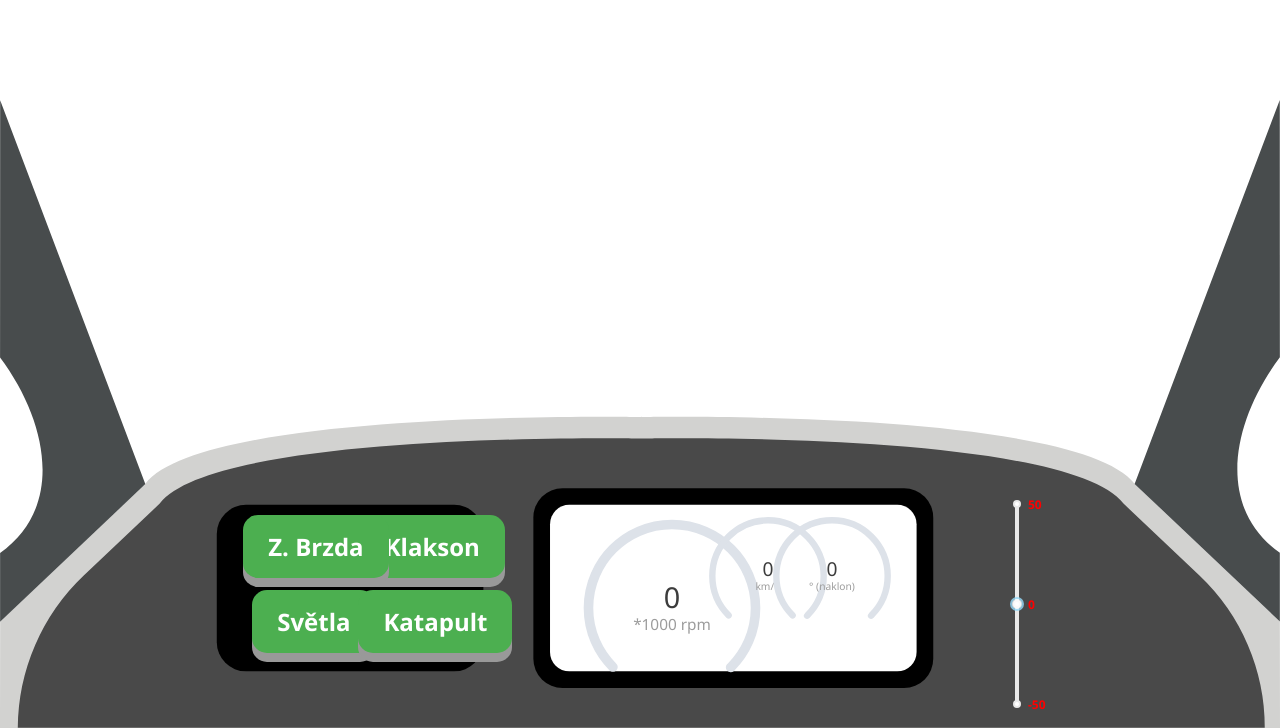
Repository: matyasvelc/train
Page: / (app in frontend/)
The author's editor kept a copy of each file at every save. The page is drawn from the files as they stood at one save, then again after the next save.
The browser window is 1280 px wide. The page is 1288 px wide, so the pictures cover 1288 px, including what lies to the right of the window. The pictures show the whole page.
The page's requests for data from a server got no answer. The project was rebuilt for these pictures with package versions that can differ from the ones it lists, and the page was loaded fresh each time. No one was signed in, and anything a server would have sent is missing.

Above is the page before, as saved 2022-04-04 18:19:32.

### frontend/src/index.js
import React, { useEffect } from 'react'
import ReactDOM from 'react-dom'
import Progress from './lib/progress'
import './styles.css'
import Slider, { Range } from 'rc-slider';
import 'rc-slider/assets/index.css';

async function postData(url = '', data = {}) {
  // Default options are marked with *
  const response = await fetch(url, {
    method: 'POST', // *GET, POST, PUT, DELETE, etc.
    cache: 'no-cache', // *default, no-cache, reload, force-cache, only-if-cached
    headers: {
      'Content-Type': 'application/json'
    },
    redirect: 'follow', // manual, *follow, error
    referrerPolicy: 'no-referrer', // no-referrer, *no-referrer-when-downgrade, origin, origin-when-cross-origin, same-origin, strict-origin, strict-origin-when-cross-origin, unsafe-url
    body: JSON.stringify(data) // body data type must match "Content-Type" header
  });
  return response.json(); // parses JSON response into native JavaScript objects
}

const style = { float: 'left', width: 160, height: 200, marginBottom: 160, marginLeft: 50 };
const parentStyle = { overflow: 'hidden' };

const marks = {
  '-50': {
    style: {
      color: 'red',
    },
    label: <strong>-50</strong>,
  },
  0: {
    style: {
      color: 'red',
    },
    label: <strong>0</strong>,
  },
  50: {
    style: {
      color: 'red',
    },
    label: <strong>50</strong>,
  },
};

function App() {
  const [temp, setTemp] = React.useState()
  const [rpm, setRpm] = React.useState()
  const [speed, setSpeed] = React.useState()
  const [svetlo, setSvetlo] = React.useState()
  const [rychlost, setRychlost] = React.useState()

  useEffect(() => {
    const timer = setInterval(() => {
      fetch('http://127.0.0.1:5000/getSpeed')
        .then(res => {
          return res.json();
        })
        .then(data => {
          setSpeed(data.speed);
        });
    }, 1000);

    return () => clearInterval(timer);
  }, []);

  useEffect(() => {
    const timer = setInterval(() => {
      fetch('http://127.0.0.1:5000/getAngle')
        .then(res => {
          return res.json();
        })
        .then(data => {
          setTemp(data.angle);
        });
    }, 1000);

    return () => clearInterval(timer);
  }, []);

  useEffect(() => {
    const timer = setInterval(() => {
      fetch('http://127.0.0.1:5000/getRpm')
        .then(res => {
          return res.json();
        })
        .then(data => {
          setRpm(data.engine_speed);
        });
      }, 1000);

      return () => clearInterval(timer);
  }, []);

  function Svetlo() {
    console.log(svetlo);
    setSvetlo(!svetlo);
    postData('http://127.0.0.1:5000/setLightStatus', {"lights": !svetlo})
  }

  function Rychlost(value) {
    console.log(value);
    setRychlost(value);
    postData('http://127.0.0.1:5000/setSpeed', {"speed": value})
  }

  return (
    <div className="demo">
      <div className='vlak'>
      <Progress
        className="budik1"
        progress={rpm}
        max={4}
        subtitle="*1000 rpm"
        reduction={0.25}
        hideBall
        strokeWidth={10}
        gradient={[{stop: 0.0, color: '#f6416d'}, {stop: 1, color: '#fa6d7c'}]} />
      <Progress
      className="budik2"
        progress={speed}
        max={100}
        subtitle="km/h"
        reduction={0.25}
        hideBall
        strokeWidth={10} />
      <Progress
      className="budik3"
        progress={temp}
        min={-45}
        max={45}
        subtitle="° (naklon)"
        strokeWidth={10}
        reduction={0.25}
        hideBall
        gradient={[{stop: 0.0, color: '#f6416d'}, {stop: 1, color: '#fa6d7c'}]} />
        </div>
        <input id='svetla' class="svetla" onClick={Svetlo} checked={svetlo} type='checkbox'></input>
        <label class="button a" htmlFor='svetla'>Světla</label>
        <button class="button b">Katapult</button>
        <button class="button c">Klakson</button>
        <button class="button d">Z. Brzda</button>
        <div style={parentStyle}>
          <div style={style} className="rychlost">
            <Slider vertical min={-50} max={50} step={2} marks={marks} included={false} onAfterChange={Rychlost} defaultValue={0}/>
          </div>
        </div>
        </div>
  )
}

ReactDOM.render(<App />, document.getElementById('root'))

### frontend/src/styles.css
body {
  background: none;
  font-family: 'Segoe UI', Tahoma, Geneva, Verdana, sans-serif;
  caret-color: transparent;
  user-select: none;
  overflow: hidden;
  padding: 0;
  left: 0;
  width: 100%;
  height: 100%;
}

.demo > div {
  width: 100%;
  height: 100%;
  left: 0;
  display: inline-block;
}
.vlak {
  background-image:url(./train.svg);
  background-repeat: no-repeat;
  background-size: 100%;
  width: 100%;
  height: 100%;
  overflow: hidden;
  background-position: bottom;
  position: absolute;
  display: inline-block;
}
.budik1{
  position: absolute;
  top: 70%;
  left: 45%;
  width: 15%;
}
.budik2{
  position: absolute;
  top: 70%;
  left: 55%;
  width: 10%;
}
.budik3{
  position: absolute;
  top: 70%;
  left: 60%;
  width: 10%;
}
.button {
  font-family: 'Segoe UI', Tahoma, Geneva, Verdana, sans-serif;
  display: inline-block;
  padding: 15px 25px;
  font-size: 24px;
  cursor: pointer;
  text-align: center;
  text-decoration: none;
  outline: none;
  color: #fff;
  background-color: #4CAF50;
  border: none;
  border-radius: 15px;
  box-shadow: 0 9px #999;
  caret-color: transparent;
  user-select: none;
  font-weight:600;
  position: absolute;
}
.button:active {
  background-color: #3e8e41;
  box-shadow: 0 5px #666;
  transform: translateY(4px);
}
.a{
  position: absolute;
  top: 82%;
  left: 19.7%;
}
.b{
  position: absolute;
  top: 82%;
  left: 28%;
}
.c{
  position: absolute;
  top: 71.5%;
  left: 28.1%;
}
.d{
  position: absolute;
  top: 71.5%;
  left: 19%;
}
.svetla{
  display: none;
  caret-color: transparent;
  user-select: none;
  position: absolute;
}
.svetla:checked + .button{
  background-color: #3e8e41;
  box-shadow: 0 5px #666;
  transform: translateY(4px);
}
.rychlost{
  user-select:none;
  position: absolute;
  top: 70%;
  left: 75%;
}

### frontend/src/lib/progress.module.css
.progress {
  font-family: 'Segoe UI', Tahoma, Geneva, Verdana, sans-serif;
  width: 200px;
}

.svg {
  display: block;
  width: 100%;
}

Loaded but not shown: frontend/public/index.html (common file); frontend/src/lib/progress.js (library)

After the next save:
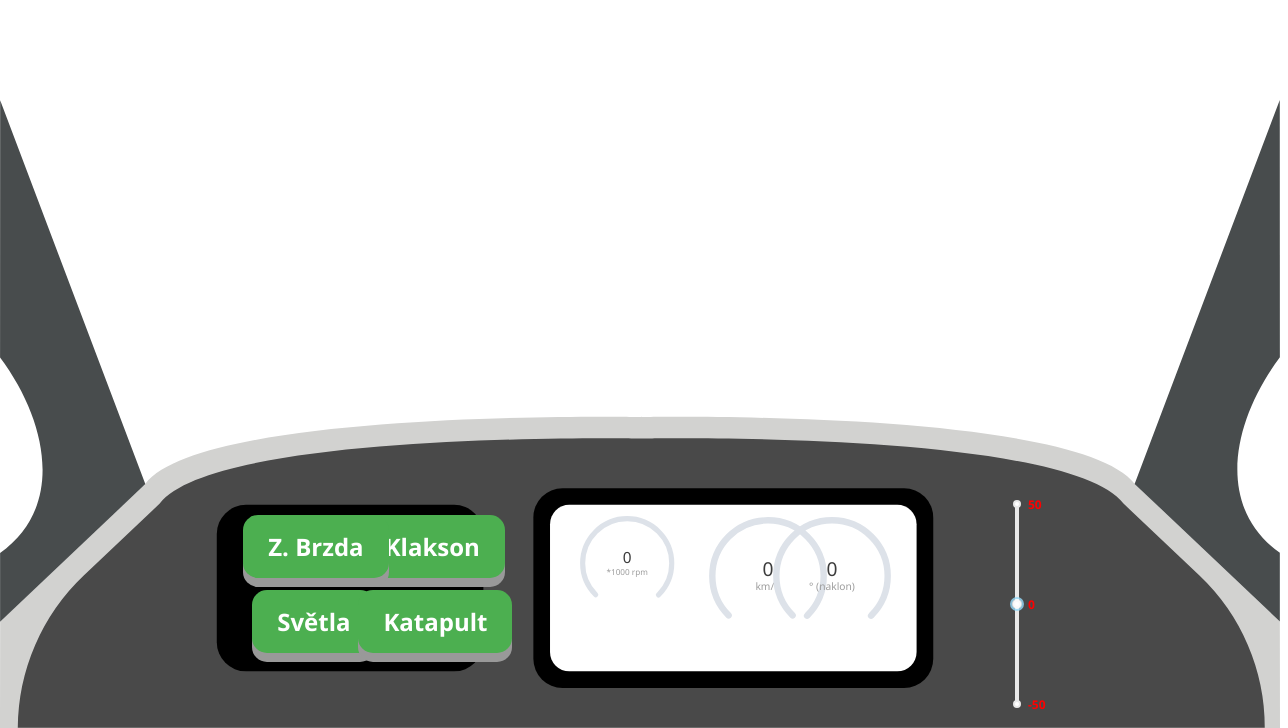
Saved 12 s later.
--- a/frontend/src/styles.css
+++ b/frontend/src/styles.css
@@ -31,7 +31,7 @@ body {
   position: absolute;
   top: 70%;
   left: 45%;
-  width: 15%;
+  width: 8%;
 }
 .budik2{
   position: absolute;
